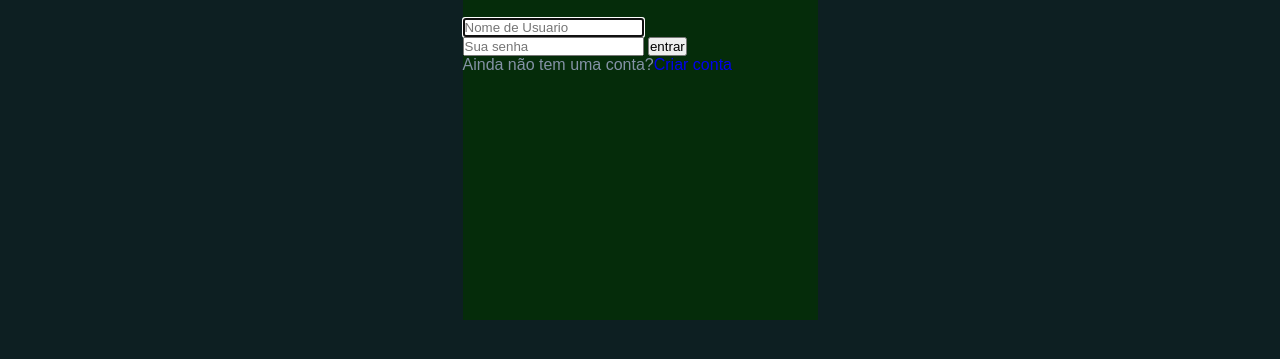
Repository: ichumbo/StarkDashboard
Page: login.html
The author's editor kept a copy of each file at every save. The page is drawn from the files as they stood at one save, then again after a run of saves.
The browser window is 1280 px wide. The pictures show the whole page.

Above is the page before, as saved 2023-06-14 00:29:36.

After the next 2 saves:
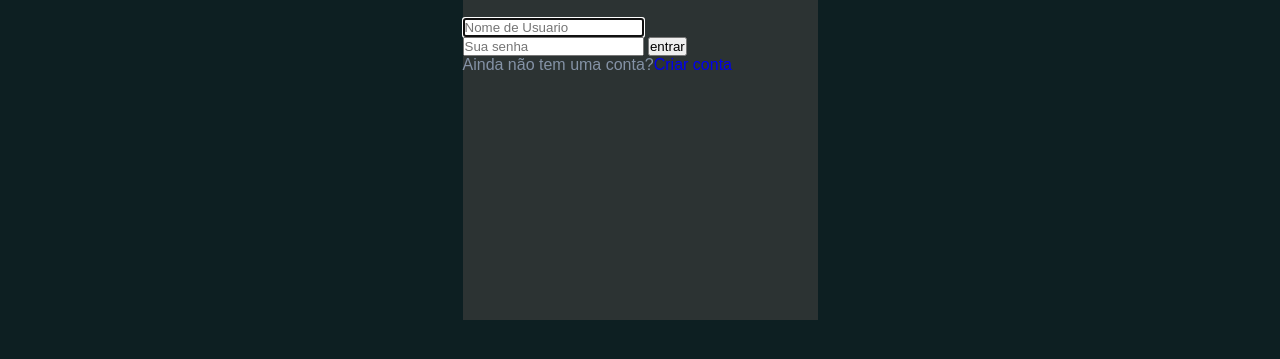
The 2 saves are shown as one change because they came seconds apart.
The last was saved 59 s later.
--- a/css/color.css
+++ b/css/color.css
@@ -2,7 +2,7 @@
     --color-main: #16BF78;
     --color-secondary: #0A5938;
     --color-3: #16BF78;
-    --color-4: #052c0a;
+    --color-4: #2C3333;
     --color-dark: #100F0F;
     --color-dark-secundary: #181823;
     --bg-body-dark: #0D1F22;
